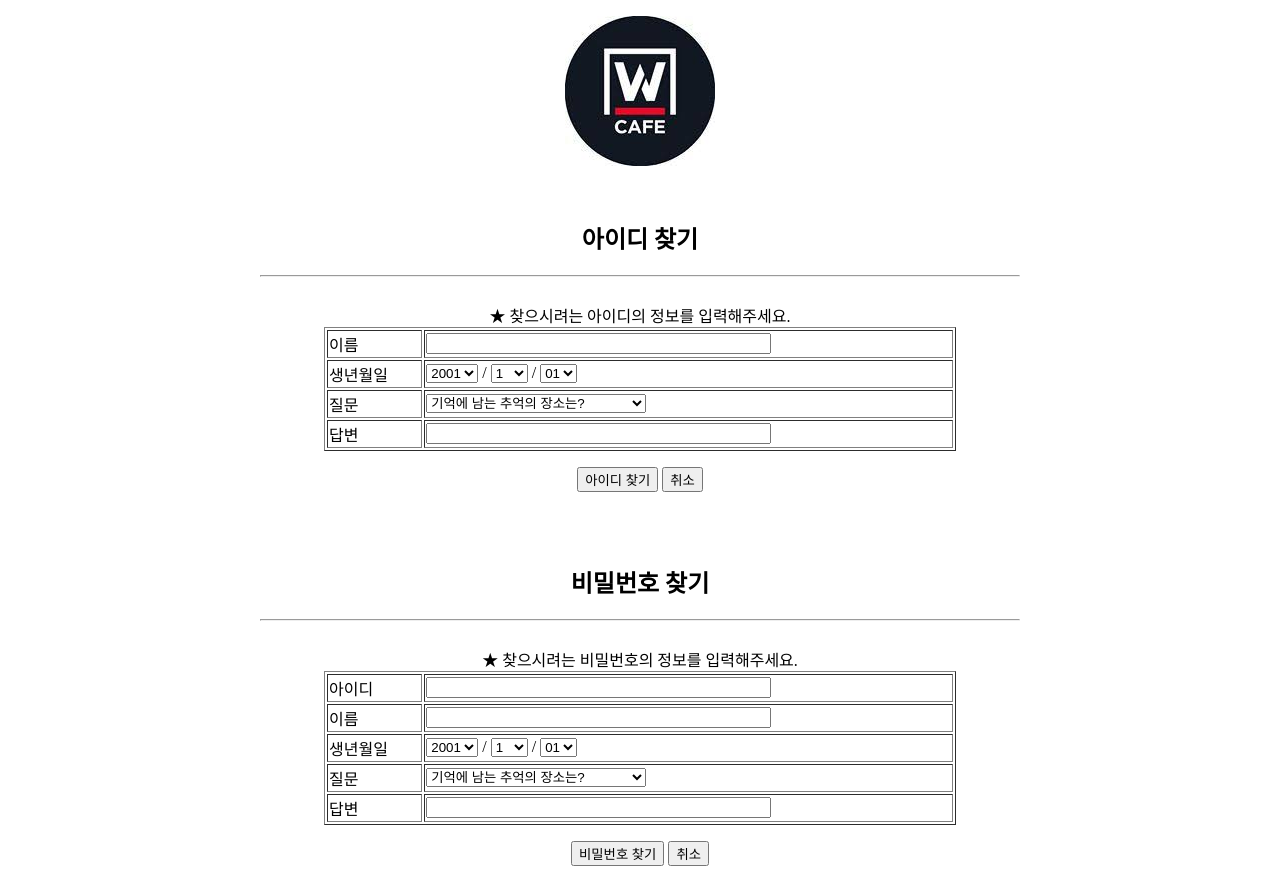
Repository: Leewonhoo/kostaweb
Page: http://localhost/FirstProject/search.jsp
These files come from the project's save history. The page is drawn as it stood at one moment and after the next save; the edit follows.
The browser window is 1280 px wide. The pictures show the whole page.
The page is served by Tomcat 9.

Above is the page before, as saved 2017-09-18 06:59:24.

After the next save:
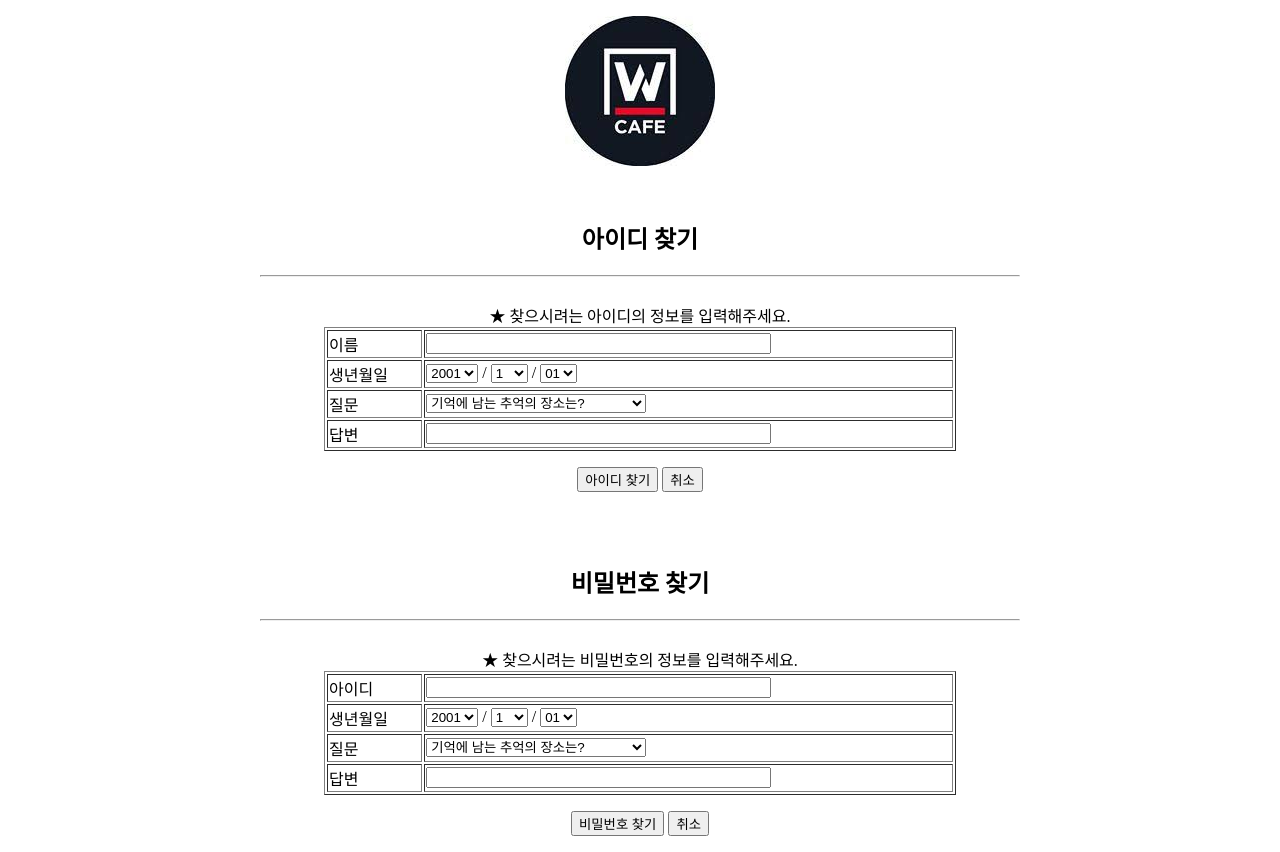
Saved 12 s later.
--- a/FirstProject/WebContent/search.jsp
+++ b/FirstProject/WebContent/search.jsp
@@ -152,7 +152,7 @@
 			<caption>★ 찾으시려는 비밀번호의 정보를 입력해주세요.</caption>
 			<tr>
 				<td><span>아이디</span></td>
-				<td><input type="text" size="40">
+				<td><input type="text" size="40" name="pwId>
 				</td>
 			</tr>
 			<tr>

After the save that followed:
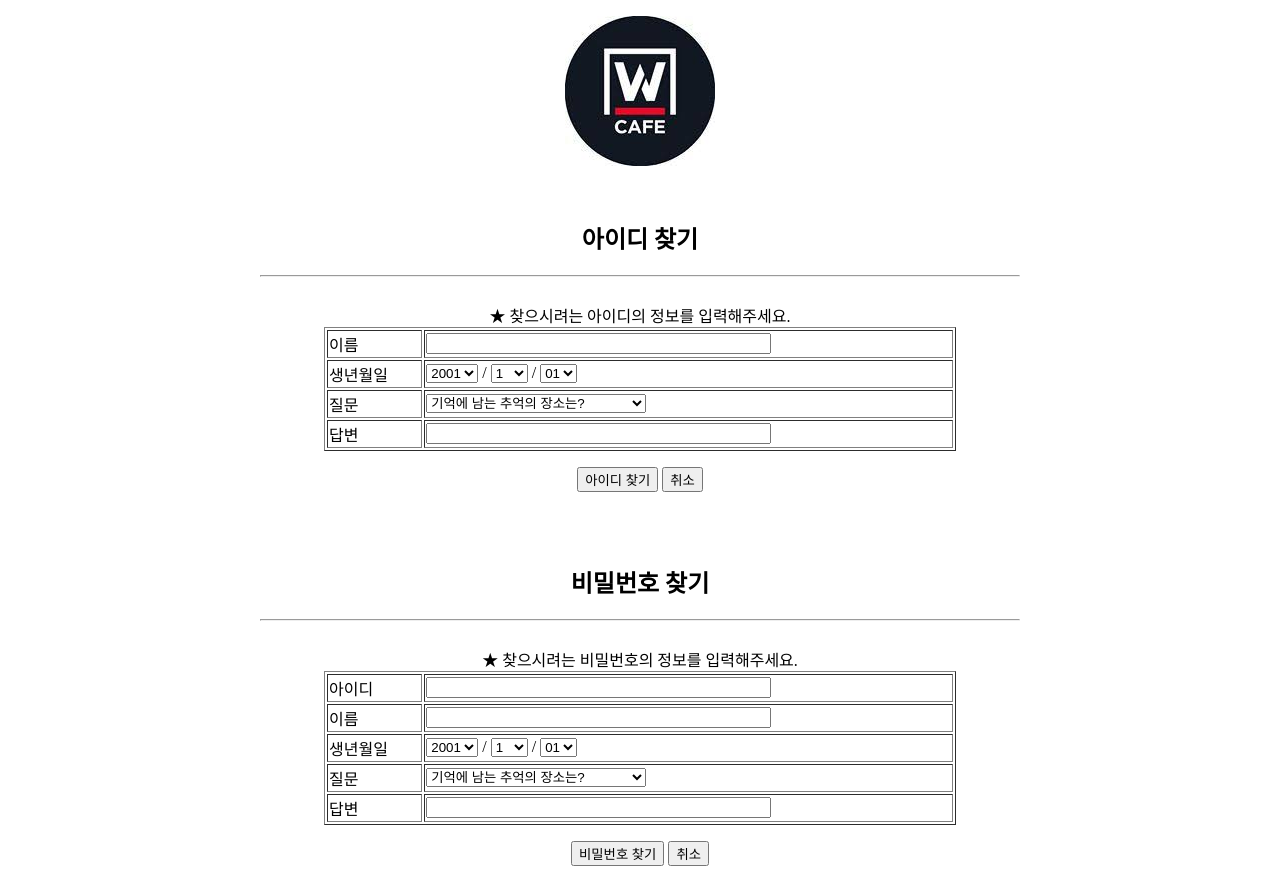
Saved 2 s later.
--- a/FirstProject/WebContent/search.jsp
+++ b/FirstProject/WebContent/search.jsp
@@ -152,7 +152,7 @@
 			<caption>★ 찾으시려는 비밀번호의 정보를 입력해주세요.</caption>
 			<tr>
 				<td><span>아이디</span></td>
-				<td><input type="text" size="40" name="pwId>
+				<td><input type="text" size="40" name="pwId">
 				</td>
 			</tr>
 			<tr>
